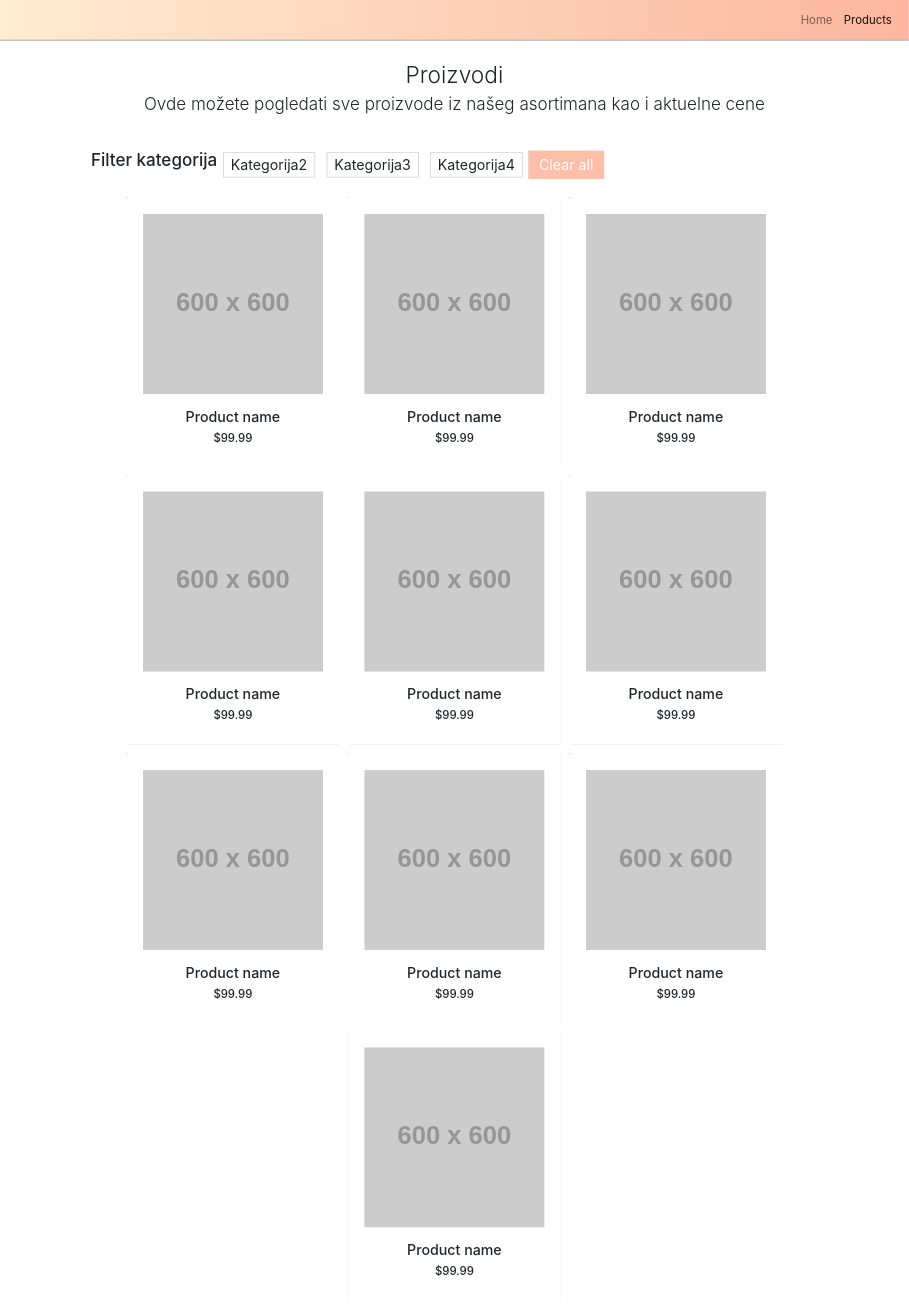
Repository: StevanFilipovic/TemplateForSinglepageWebsite
Page: products.html
An editor plug-in stored every save of this project. The page is shown before and after the next save, followed by the edit.
The browser window is 1280 px wide. The pictures show the whole page, at 71% of full size.
The first `input[type=checkbox]` is checked.
Some web libraries are served in a nearby version.

Above is the page before, as saved 2018-06-15 11:40:38.

After the next save:
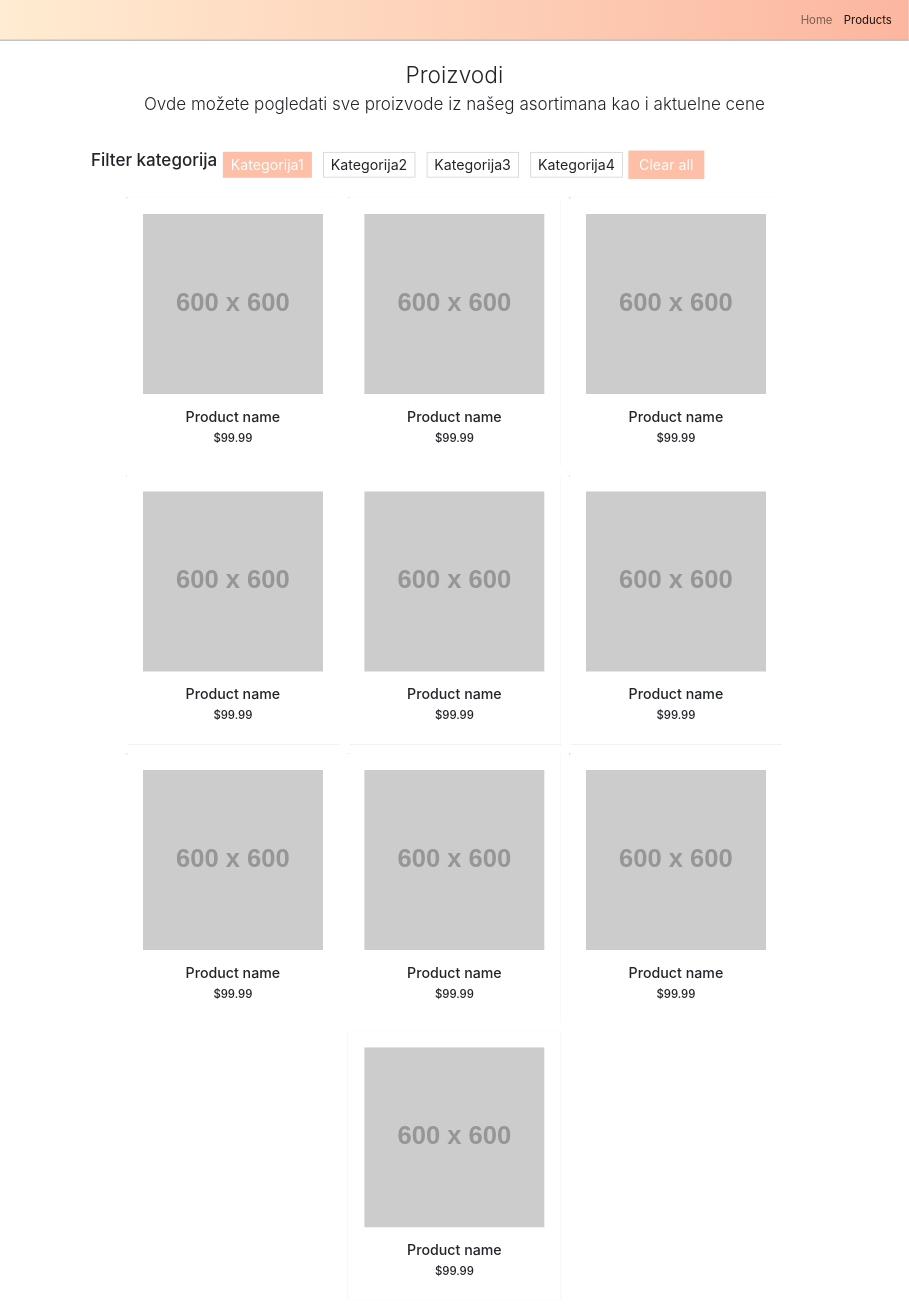
Saved 18 s later.
--- a/products-page-style.css
+++ b/products-page-style.css
@@ -110,24 +110,9 @@ input[type=checkbox] + label {
   padding: 2px 10px;
 }
 input[type=checkbox]:checked + label {
-  content: "";
-  position: absolute;
-  z-index: -1;
-  top: 0;
-  bottom: 0;
-  left: 0;
-  right: 0;
-  background: #2098D1;
-  -webkit-transform: scaleX(0);
-  transform: scaleX(0);
-  -webkit-transform-origin: 50%;
-  transform-origin: 50%;
-  -webkit-transition-property: transform;
-  transition-property: transform;
-  -webkit-transition-duration: 0.3s;
-  transition-duration: 0.3s;
-  -webkit-transition-timing-function: ease-out;
-  transition-timing-function: ease-out;
+  background: #fdbfa7;
+  border: 1px solid #fdbfa7;
+  color: white;
 }
 
 input[type=checkbox]:hover + label {
